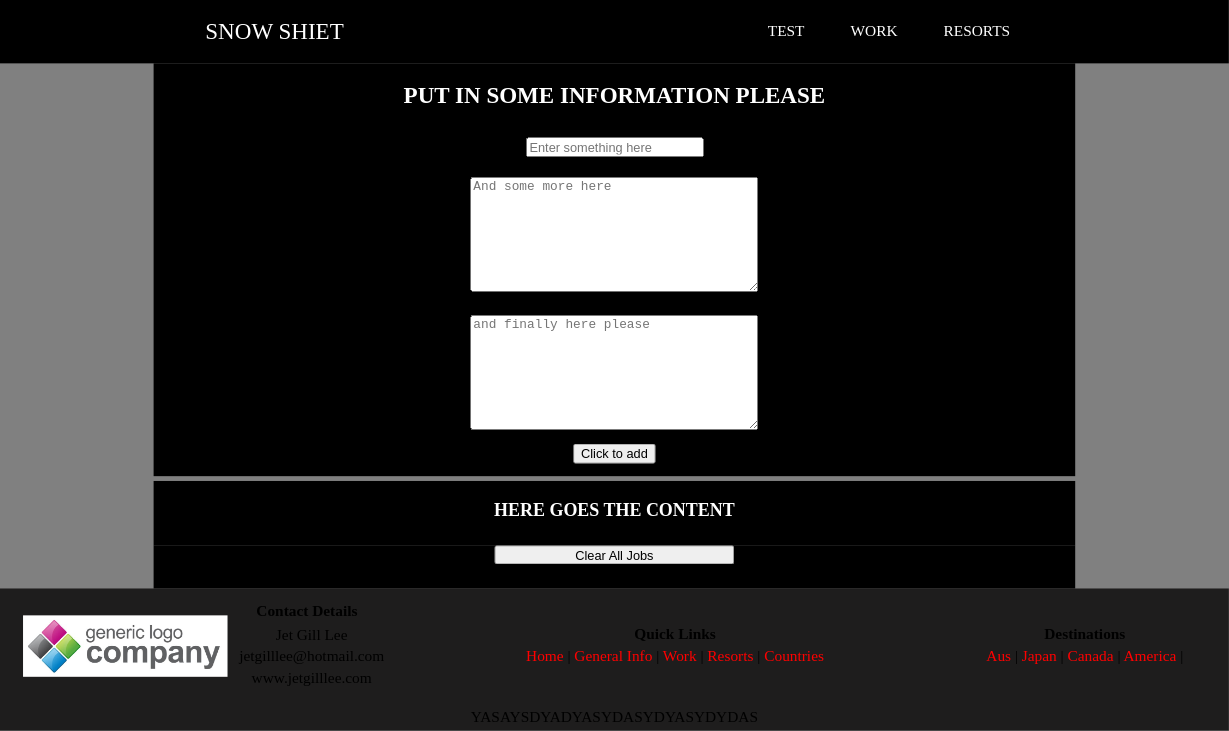
Repository: Jet-Gill-Lee/SnowSite
Page: submit-stuff.html
An editor plug-in stored every save of this project. The page is shown before and after the next save, followed by the edit.
The browser window is 1280 px wide. The pictures show the whole page, at 96% of full size.

Above is the page before, as saved 2021-07-24 23:41:42.
Console error: TypeError: Cannot read properties of null (reading 'addEventListener')

### submit-stuff.html
<!DOCTYPE html>
<html lang="en">
<head>
  <meta charset="UTF-8">
  <meta http-equiv="X-UA-Compatible" content="IE=edge">
  <meta name="viewport" content="width=device-width, initial-scale=1.0">
  <title>Document</title>
  <script src="submitScript.js" defer></script>
  <script src="navbar.js" defer></script>
  <link rel="stylesheet" href="./css/submitStuff.css"></style>
  <link rel="stylesheet" href="./css/stylesheet.css">
</head>
<div class="navbar">
  <div class="brand-title"><a href='index.html'>SNOW SHIET</a></div>
    <a href='#' class='toggle-button'>
    <span class="bar"></span>
    <span class="bar"></span>
    <span class="bar"></span></a>
  <div class="navbar-links">
    <ul>
      <li><a href="submit-stuff.html">TEST</a></li>
      <li><a href="work-overview.html">WORK</a></li>
      <li><a href="resorts-overview.html">RESORTS</a></li>
    </ul>
  </div>
</div>

  <div class="form-container">
    <h2>PUT IN SOME INFORMATION PLEASE</h2>
    <div id='error'></div>
    <form id="addNewJob">
    <div class='form-box'>
      <!-- <label for="job-title"></label> -->
      <input type="text" id='job-title' placeholder="Enter something here">
    </div>
    <div class='form-box'>
      <!-- <label for="job-descrip"></label> -->
      <textarea id='job-descrip' placeholder="And some more here" style='width:300px;height:120px;'></textarea>
    </div>
    <div class='form-box'>
      <!-- <label for="job-benefits"></label> -->
      <textarea id='job-benefits' placeholder="and finally here please" style='width:300px;height:120px;'></textarea>
    </div>
    <div class="form-button">
      <button id='btn'>Click to add</button>
    </div>
    <div id="msg">
      <pre></pre>
    </div>
    </form>
    </div>
</div>
  <div class="section-header"><h3>HERE GOES THE CONTENT</h3></div>
  <div id="job-listings">
      <!-- JOB LISTING CONTENT GOES HERE -->
  </div>
  <div id='button-back'>
  <button id='btn2'>Clear All Jobs</button>
  </div>
  <div class="footer">
    <div class='footer-flex-container'>
      <div class="footer-flex-item contact">
        <img src="./image/generic-logo.jpg" alt="" srcset="" style='width:50%'>
        <div class="text-wrapper">
        <h4>Contact Details</h3>
        <p>Jet Gill Lee</p>
        <p>jetgilllee@hotmail.com
        </p>
        <p>www.jetgilllee.com</p>
        </div>
      </div>
      <div class="footer-flex-item flex-gen-links">
        <div class='link-wrapper'>
          <h4>Quick Links</h4>
        <a href="index.html">Home</a> <span> | </span>
        <a href="general-info.html">General Info</a><span> | </span>
        <a href="work-overview.html">Work</a><span> | </span>
        <a href="resorts-overview.html">Resorts</a><span> | </span>
        <a href="country-splash.html">Countries</a>
        </div>
      </div>
      <div class="footer-flex-item flex-links">
        <div class="link-wrapper">
            <h4>Destinations</h4>
          <a href="country.html">Aus</a> <span> | </span>
          <a href="country.html">Japan</a> <span> | </span>
          <a href="country.html">Canada</a> <span> | </span>
          <a href="country.html">America</a> <span> | </span>
        </div>
      </div>
    </div>
    <div class="copyright">YASAYSDYADYASYDASYDYASYDYDAS</div>
  </div>


</body>
</html>

### submitScript.js

let jobList = []
const addJob = (e) => {
  e.preventDefault()
  let newJob = {
    id: Date.now(),
    jobTitle: document.getElementById('job-title').value,
    jobDescrip: document.getElementById('job-descrip').value,
    jobBenefits: document.getElementById('job-benefits').value
  }
  if (newJob.jobTitle === '' || newJob.jobDescrip === '' || newJob.jobBenefits === ''){
    let error = document.getElementById('error');
    error.textContent = 'You must fill out all fields'
    return
  }
  document.querySelector('#addNewJob').reset();
  const jobInfo = newJob
  const { jobTitle, jobDescrip, jobBenefits } = jobInfo
  const newJobBox = document.createElement('div');
  newJobBox.classList.add('job-box')
  const jobBoxContent = `
                        <div class='job-box-column job-box-title'><h4>Title</h4><span>${jobTitle}</span></div>
                        <div class='job-box-column job-box-content'><h5>Header</h5><span>${jobDescrip}</span></div>
                        <div class='job-box-column job-box-content'><h5>Second Header</h5><span>${jobBenefits}</span></div>
                        `

  // const newContent = document.createTextNode(`Job Title: ${jobTitle} - Job Description: ${jobDescrip} - Job Benefits: ${jobBenefits}`)
  newJobBox.innerHTML = jobBoxContent
  const jobListings = document.getElementById('job-listings')
  jobListings.append(newJobBox)
  // newDiv.append(newContent);
  // const currentDiv = document.getElementById('job-listings')
  // currentDiv.append(newDiv)
  localStorage.setItem('JobList', jobListings.innerHTML)
  }
//   let pre = document.querySelector('.job-listings div');
//   pre.textContent = '\n' + JSON.stringify(jobList, '\t', 2);
// }

const clearJobs = (e) => {
  e.preventDefault();
  var jobList = document.getElementById('job-listings')
  while (jobList.firstChild){
    jobList.firstChild.remove()
  }
  localStorage.removeItem('JobList')
}
document.addEventListener('DOMContentLoaded', () => {
  document.getElementById('btn').addEventListener('click', addJob)
  document.getElementById('btn2').addEventListener('click', clearJobs)
});
//should it be done like this? not sure how it'll
document.body.onload = getSavedJobs;
function getSavedJobs() {
  const savedJobs = localStorage.getItem('JobList')
  if (!savedJobs){
    console.log('no local storage')
  } else {
    const jobList = document.getElementById('job-listings')
    jobList.innerHTML = savedJobs;
    console.log('get local storage')
  }
}

### navbar.js
const toggleButton = document.getElementsByClassName('toggle-button')[0];
const navBarLinks = document.getElementsByClassName('navbar-links')[0];

toggleButton.addEventListener('click', () => {
  navBarLinks.classList.toggle('active')
});


const brodieButton = document.getElementById('brodie-button');
const brodieBitch = document.getElementsByClassName('hero-text')[0]
brodieButton.addEventListener('click', () => {
  brodieBitch.classList.toggle('active')
});

### css/submitStuff.css

* {
  box-sizing: border-box;
}
body {
  background-color: grey;
}
.form-container {
  width: 75%;
  min-width: 380px;
  min-height: 20vh;
  background-color: black;
  display: flex;
  flex-direction: column;
  justify-content: center;
  align-items: center;
  margin: auto;
  color: white;
  text-align: center;
}

#addNewJob {
  display:flex;
  flex-direction: column;
  align-items: center;
  justify-content: start;
}
#error {
  color: white;

}
.form-box {
  padding: 10px;
}
#btn {

  margin: auto;
}
#job-listings {
  display:flex;
  width:75%;
  min-width: 380px;
  background-color: black;
  color: white;
  margin:auto;
  justify-content: flex-start;
  flex-direction: column;
  text-align: center;
  min-width: 380px;

}
.job-box {
  display: flex;
  justify-content: space-around;
  margin-left: 30px;
  margin-right: 30px;
  margin-bottom: 30px;
  margin: none;
  flex-wrap: wrap;
}
.job-box-column {
  display:flex;
  flex-direction: column;
  align-items: center;
  border: 1px solid white;
  flex: 2;
  text-align: center;
  padding: 10px;
}
.job-box-title {
  flex: 1;
}
.job-box-title h4 {
  margin-top: 5%;
  margin-bottom: 5%;
}
.job-box-content{
  min-width: 300px;
}
.job-box-content h5 {
  margin-top: 4%;
}


#btn2 {
 width: 250px;
 height: 20px;
 display:block;
 margin:auto;
}
.section-header{
  width:75%;
  background-color: black;
  color: white;
  margin:auto;
  padding: 25px;
  text-align: center;
  padding-top: 20px;
  min-width: 380px;
  margin-top: 5px;

}
.section-header h3{
  padding-top: 0px;
  margin:0;
}
#button-back{
  width:75%;
  background-color: black;
  margin:auto;
  padding-bottom: 25px;
  min-width: 380px;

}

### css/stylesheet.css
body {
  margin:0;
  padding:0;
}
* {
  box-sizing: border-box;
}
.hero {
  background: url('../image/background-desktop.jpg');
  background-repeat: no-repeat;
  background-size: cover;
  background-position: 50% 0;
  height: 100vh;
}
.navbar {
  display: flex;
  background-color: rgba(0, 0, 0);
  justify-content: space-around;
  align-items: center;
  box-sizing: unset;
}
.brand-title {
  font-size: 1.5rem;
  height: 100%;
}
.brand-title a{
  color: white;
  text-decoration: none;
  padding: 10px;
  display:block;
}
.navbar-links {
  height: 100%;
  align-items: center;
  justify-content: space-around;
}
.navbar-links ul{
  display: flex;
  list-style: none;
  padding: 0;
}
.navbar-links li a {
  padding: 0.5rem 1.5rem;
  text-decoration: none;
  display:block;
  color:white;
}
.navbar-links ul li a:hover {
  background-color: rgba(255, 255, 255, 0.178);
}

.toggle-button {
  display: none;
  flex-direction: column;
  justify-content: space-between;
  width: 30px;
  height: 20px;
  position: absolute;
  top: 1rem;
  right: 1.5rem;
}
.toggle-button .bar {
  width: 100%;
  height: 3px;
  background-color: white;
  border-radius: 10px;
}
.hero-content {
  margin-left: 20%;
  padding-top: 12vh;
}
.hero-text {
  width:45%;
  font-size: 3rem;
  display:none;
}
.hero-text.active {
  display: block;
}
.footer-flex-container {
  display: flex;
  flex-wrap: wrap;
  justify-content: space-between;

}
.footer {
  background-color: rgba(14, 13, 13, 0.863);
}
.footer-flex-item {
  min-width: 300px;
  width: 33.3%;
  display:flex;
  align-items: center;
  justify-content: center;
  min-height: 120px;
  text-align: center;

}
.footer-flex-item.flex-links {
 flex: 0.7
}
.footer-flex-item a{
  text-decoration: none;
  color:red;
}
.footer-flex-item a:visited{
  text-decoration: none;
  color: red;
}
.footer-flex-item p {
  padding: 2px;
  margin-bottom: 0;
  margin-top: 0;
  margin-left: 10px;
}
.footer-flex-item h4 {
  margin-top: 0;
  margin-bottom: 5px;
}
.copyright {
  text-align: center;
  width: 100%;
  padding: 5px;

}

@media (max-width: 900px) {
  .hero {
    height: 70vh;
  }
  .navbar-links {
    display:none;
    width: 100%;
  }
  .toggle-button {
    display: flex;
  }
  .hero-content {
    padding-top: 6vh;
  }
  .hero-text {
    position: absolute;
    top: 100px;
    z-index: 1;
  }
  .brand-title {
    padding-left: 20px;
  }
  .navbar {
    flex-direction: column;
    align-items: flex-start;
  }
  .navbar-links ul {
    flex-direction: column;
    align-items: center;
    width: 100%;
  }
  .navbar-links ul li {
    width: 100%;
    text-align: center;
  }
  .navbar-links.active {
    display: flex;
    z-index: 10;
  }
  .footer-flex-container{
    flex-direction: column;
    justify-content: center;
    align-items: center;
    min-width: 600px;
  }
  .footer-flex-item.contact {
    order: 3;
  }
}
@media (max-width: 400px) {
 .hero {
   height: 50vh;
 }
 .hero-content {
   margin: 20px;
 }
 .hero-text {
   padding-top: 10px;
   top: 50px;
   width: 80%;
   word-wrap: break-word;
 }
}

After the next save:
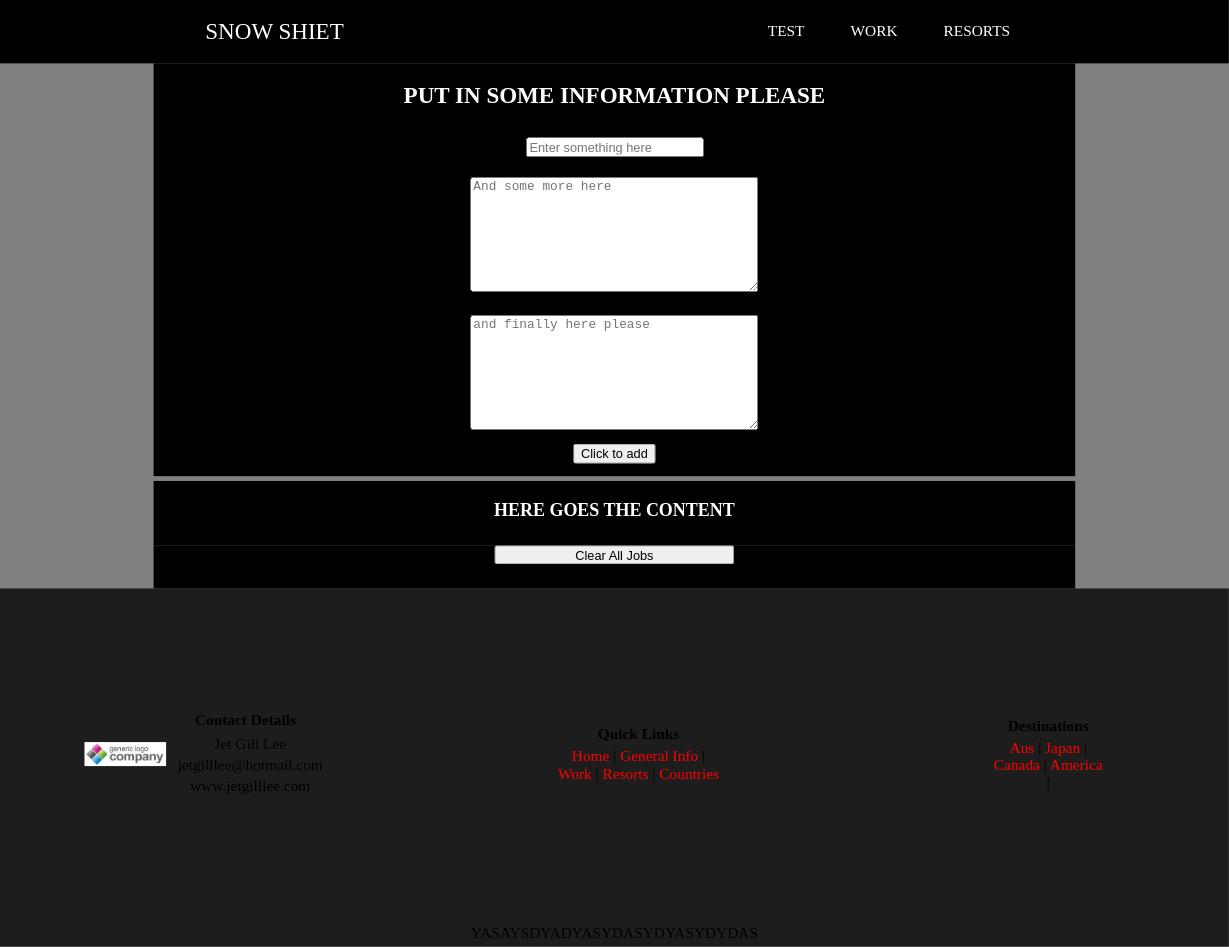
Saved 71 s later.
--- a/css/stylesheet.css
+++ b/css/stylesheet.css
@@ -94,7 +94,7 @@ body {
   justify-content: center;
   min-height: 120px;
   text-align: center;
-
+  padding: 10%;
 }
 .footer-flex-item.flex-links {
  flex: 0.7
